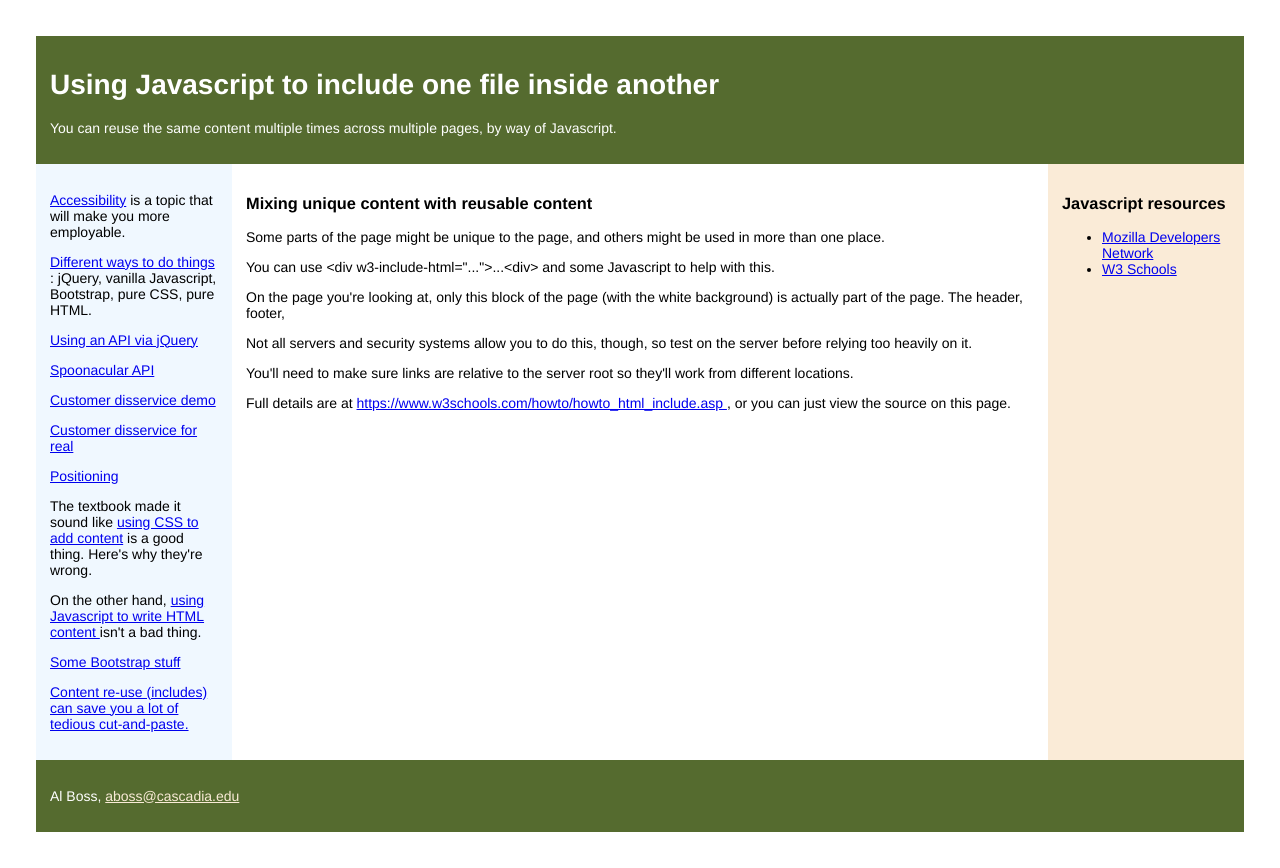
Repository: alboss/bit-175
Page: docs/includes-index.html
These files come from the project's save history. The page is drawn as it stood at one moment and after the next save; the edit follows.
The browser window is 1280 px wide. The pictures show the whole page.

Above is the page before, as saved 2023-05-10 17:25:45.

After the next save:
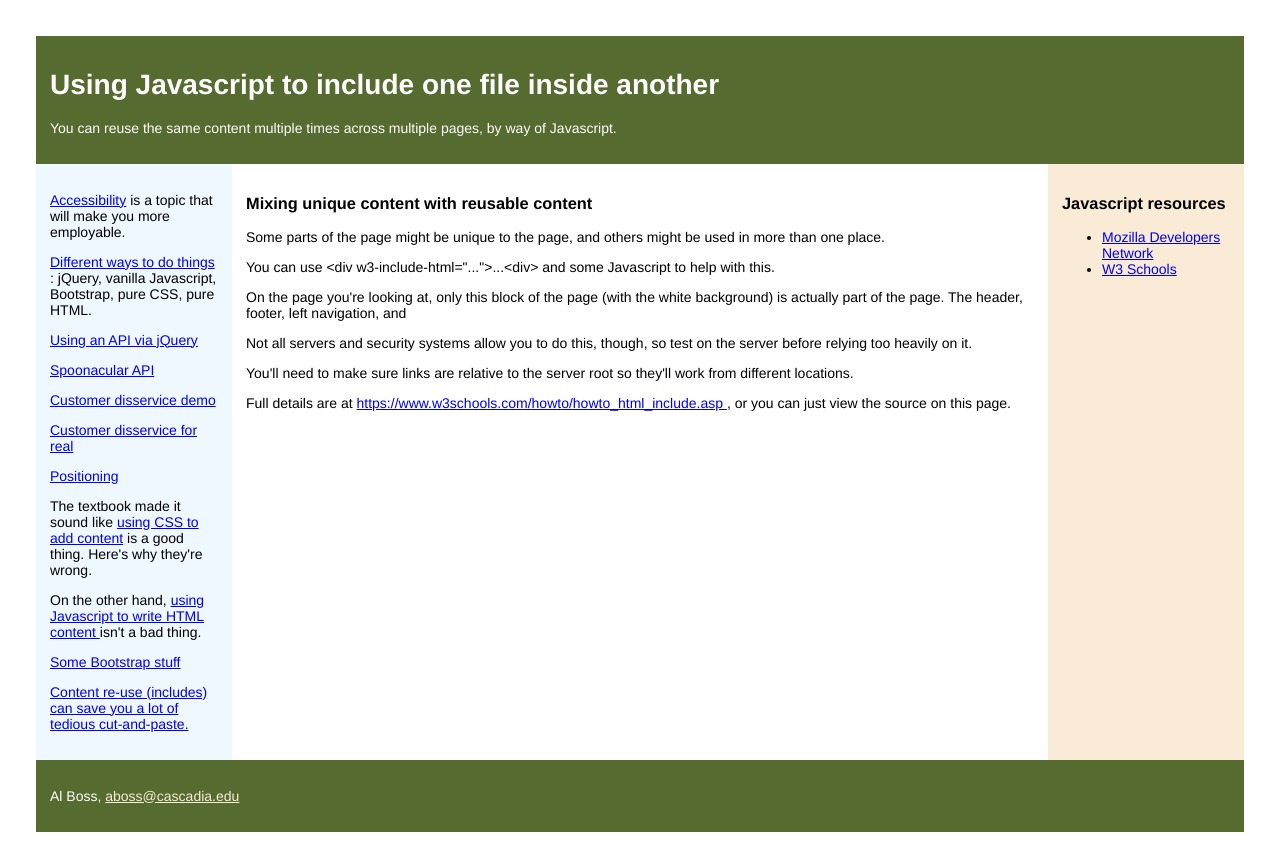
Saved 7 s later.
--- a/docs/includes-index.html
+++ b/docs/includes-index.html
@@ -69,7 +69,7 @@
           You can use &lt;div w3-include-html="..."&gt;...&lt;div&gt; and some
           Javascript to help with this.
         </p>
-        <p>On the page you're looking at, only this block of the page (with the white background) is actually part of the page. The header, footer, </p>
+        <p>On the page you're looking at, only this block of the page (with the white background) is actually part of the page. The header, footer, left navigation, and </p>
         <p>
           Not all servers and security systems allow you to do this, though, so
           test on the server before relying too heavily on it.
